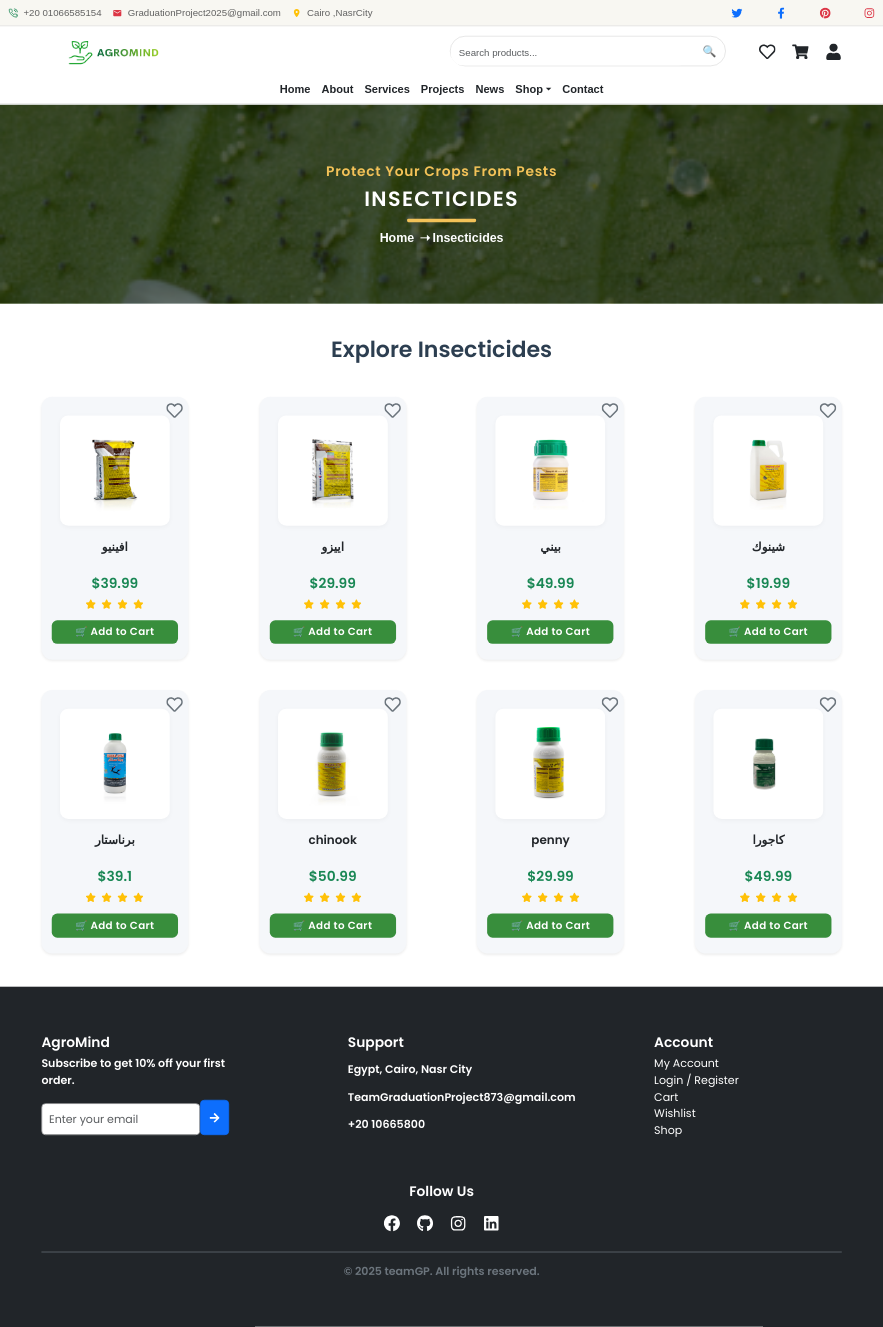
Repository: ShimaaMohamedRoshdi/WorkSpace-agromind
Page: /category/insecticides (app in agricultural-management-system-vs/agricultural-management-system-main/)
These files come from the project's save history. The page is drawn as it stood at one moment and after a run of saves; the edit follows.
The browser window is 1280 px wide. The pictures show the whole page, at 69% of full size.
Backgrounds fixed to the window are drawn as part of the page. The project was rebuilt for these pictures with package versions that can differ from the ones it lists, and the page was loaded fresh each time. Also part of the build but not shown: agricultural-management-system-vs/agricultural-management-system-main/vite.config.js, agricultural-management-system-vs/agricultural-management-system-main/services/api.jsx, agricultural-management-system-vs/agricultural-management-system-main/src/pages/SignUp.jsx, agricultural-management-system-vs/agricultural-management-system-main/src/pages/SignIn.jsx, agricultural-management-system-vs/agricultural-management-system-main/src/components/HealthyFoods.css, agricultural-management-system-vs/agricultural-management-system-main/src/components/HealthyFoods.jsx, agricultural-management-system-vs/agricultural-management-system-main/src/components/Products.jsx, agricultural-management-system-vs/agricultural-management-system-main/src/components/AgricultureSkill.jsx and 37 more.

Above is the page before, as saved 2025-05-02 23:39:06.

After the next 2 saves:
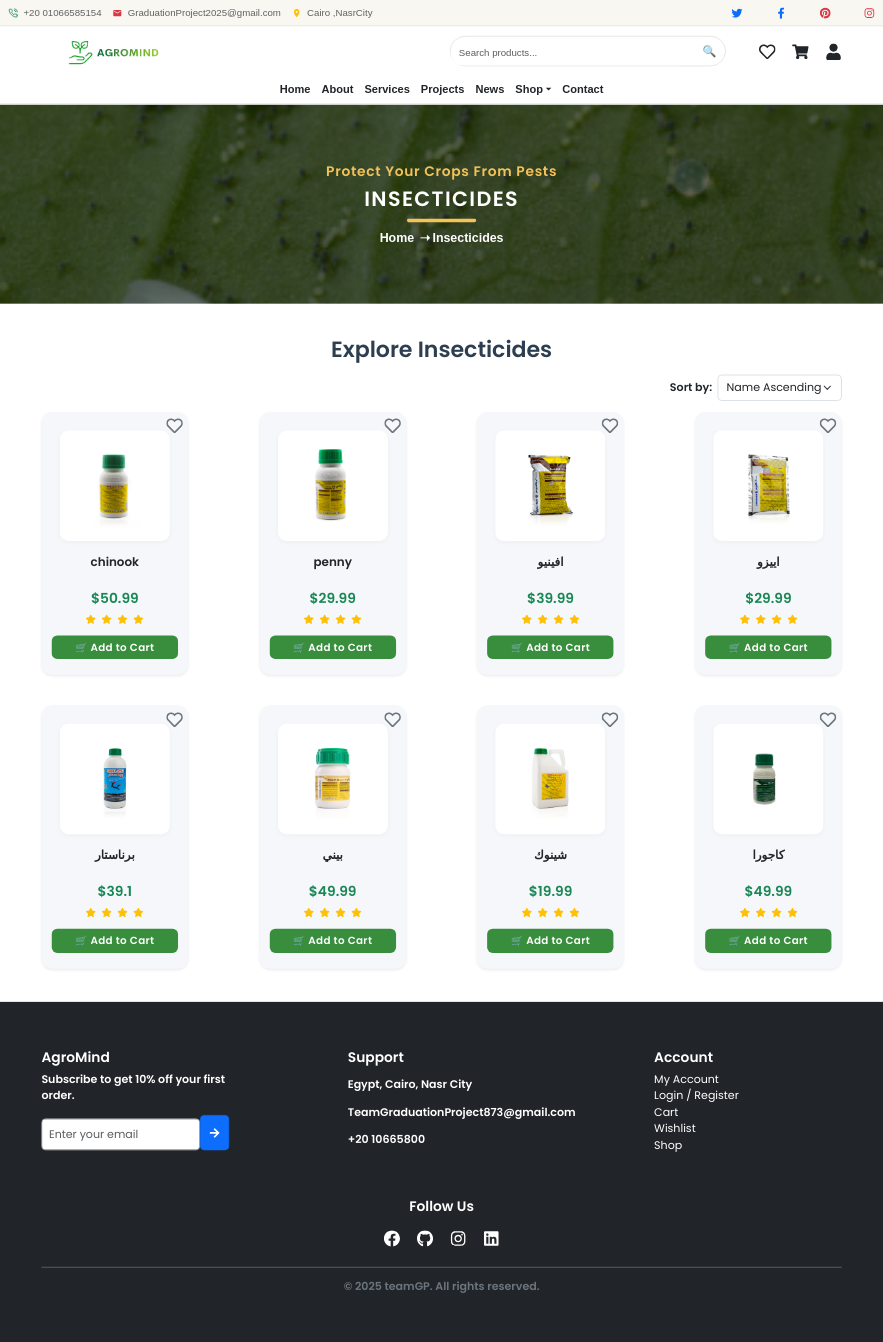
The 2 saves are shown as one change because 1 did not build or start.
The last was saved 4 min 12 s later.
--- a/agricultural-management-system-vs/agricultural-management-system-main/src/pages/insecticides.JSX
+++ b/agricultural-management-system-vs/agricultural-management-system-main/src/pages/insecticides.JSX
@@ -1,21 +1,55 @@
-import React from "react";
+import React, { useState } from "react";
 import { useSelector } from "react-redux";
 import ProductCard from "../components/ProductCard";
 import BannerInsecticides from "../components/BannerInsecticides";
 
 const Insecticides = () => {
   const products = useSelector((state) => state.product.products5);
+  const [sortOption, setSortOption] = useState("nameAsc");
 
   if (!products || products.length === 0) {
     return <p className="text-center">No products available.</p>;
   }
+
+  const sortedProducts = [...products].sort((a, b) => {
+    switch (sortOption) {
+      case "nameAsc":
+        return a.name.localeCompare(b.name);
+      case "nameDesc":
+        return b.name.localeCompare(a.name);
+      case "priceAsc":
+        return a.price - b.price;
+      case "priceDesc":
+        return b.price - a.price;
+      default:
+        return 0;
+    }
+  });
+
   return (
     <div>
       <BannerInsecticides />
       <div className="container py-5 ">
-        <h2 className="text-center mb-5 fw-bold">Explore Insecticides</h2>
+        <h2 className="text-center mb-3 fw-bold">Explore Insecticides</h2>
+        <div className="d-flex justify-content-end mb-3 align-items-center">
+          <label htmlFor="sort" className="me-2 fw-semibold">
+            Sort by:
+          </label>
+          <select
+            id="sort"
+            value={sortOption}
+            onChange={(e) => setSortOption(e.target.value)}
+            className="form-select w-auto"
+            style={{ minWidth: "180px", cursor: "pointer", borderRadius: "0.375rem", borderColor: "#ced4da", padding: "0.375rem 0.75rem" }}
+          >
+            <option value="nameAsc">Name Ascending</option>
+            <option value="nameDesc">Name Descending</option>
+            <option value="priceAsc">Price Ascending</option>
+            <option value="priceDesc">Price Descending</option>
+          </select>
+        </div>
         <div className="row row-cols-1 row-cols-md-3 row-cols-lg-5 g-4">
-          {products.map((product) => (
+          {sortedProducts.map((product) => (
             <div key={product.id} className="col">
               <ProductCard product={product} />
             </div>
